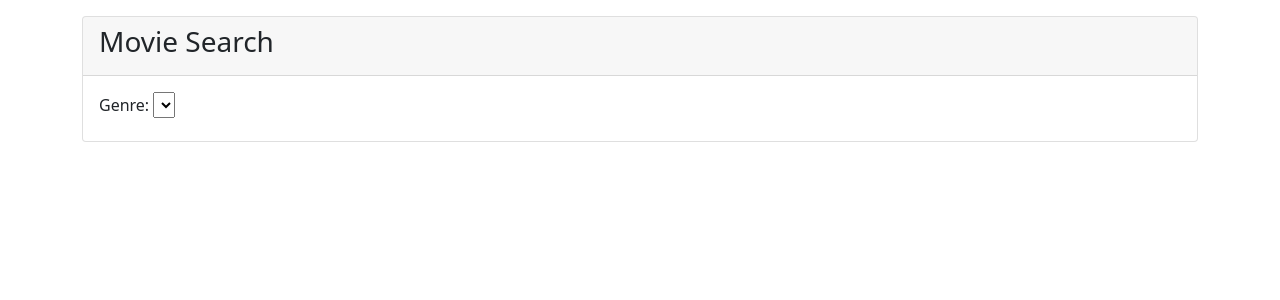
Repository: deepcloudlabs/dcl372-2022-jan-04
Page: imdb-boot/src/main/webapp/index.html
The author's editor kept a copy of each file at every save. The page is drawn from the files as they stood at one save, then again after the next save.
The browser window is 1280 px wide. The pictures show the whole page.

Above is the page before, as saved 2022-01-04 19:10:02.

### imdb-boot/src/main/webapp/index.html
<html>

<head>
	<title>Movie Search Page</title>
	<link href="https://cdn.jsdelivr.net/npm/bootstrap@5.1.3/dist/css/bootstrap.min.css" rel="stylesheet"
		crossorigin="anonymous">
	<script src="https://cdn.jsdelivr.net/npm/bootstrap@5.1.3/dist/js/bootstrap.bundle.min.js"
		crossorigin="anonymous"></script>
</head>
<p>
<div class="container">
	<div class="card">
		<div class="card-header">
			<h3><span class="card-title">Movie Search</span></h3>
		</div>
		<div class="card-body">
			<div class="form-group">
				<label class="form-label" for="genre">Genre:</label>
				<select id="genre">
				</select>
			</div>
		</div>
	</div>
</div>

<body>

</body>

</html>

After the next save:
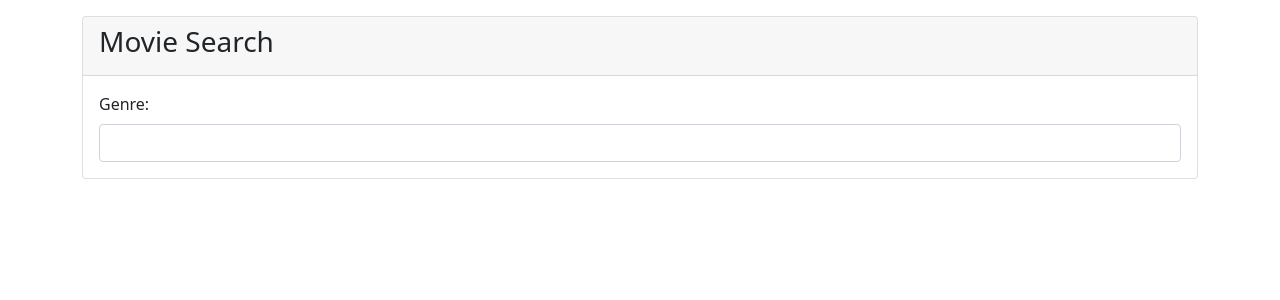
Saved 16 s later.
--- a/imdb-boot/src/main/webapp/index.html
+++ b/imdb-boot/src/main/webapp/index.html
@@ -16,7 +16,7 @@
 		<div class="card-body">
 			<div class="form-group">
 				<label class="form-label" for="genre">Genre:</label>
-				<select id="genre">
+				<select class="form-control" id="genre">
 				</select>
 			</div>
 		</div>
